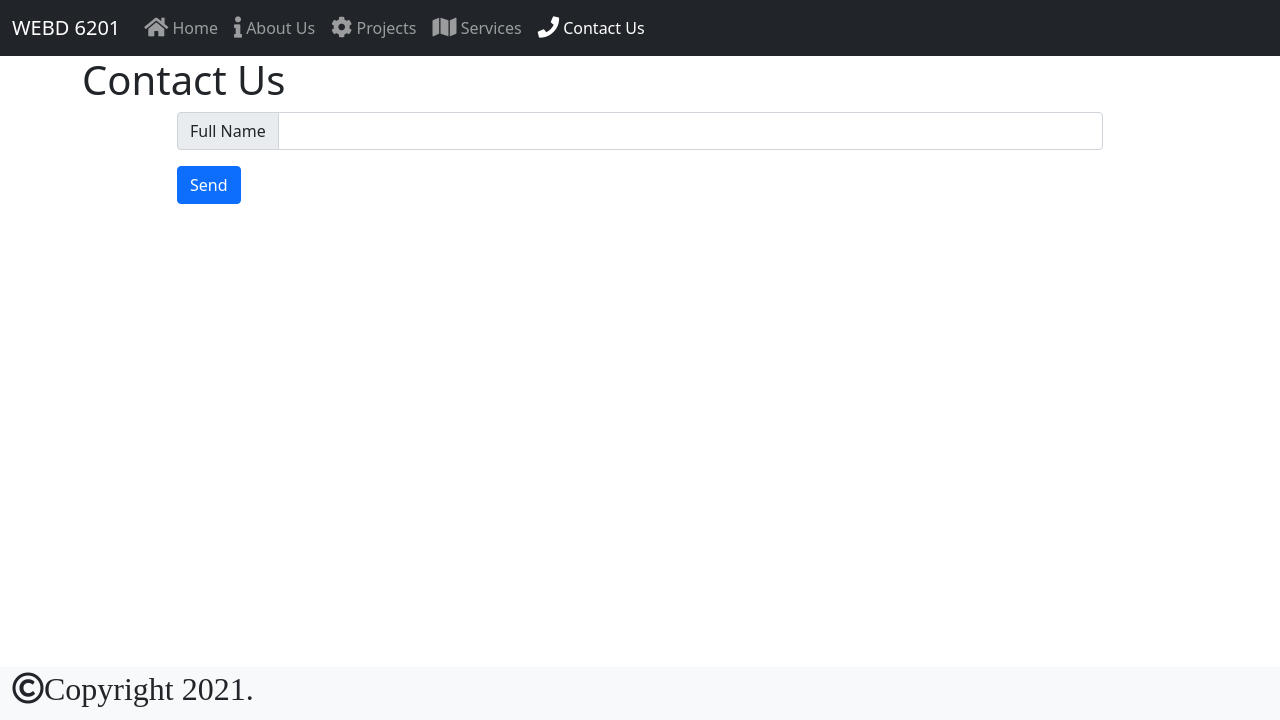
Repository: vans12345678/WEBD6201-W2021-Week3
Page: contact.html
These files come from the project's save history. The page is drawn as it stood at one moment and after the next save; the edit follows.
The browser window is 1280 px wide. The pictures show the whole page.

Above is the page before, as saved 2021-01-21 09:27:39.

After the next save:
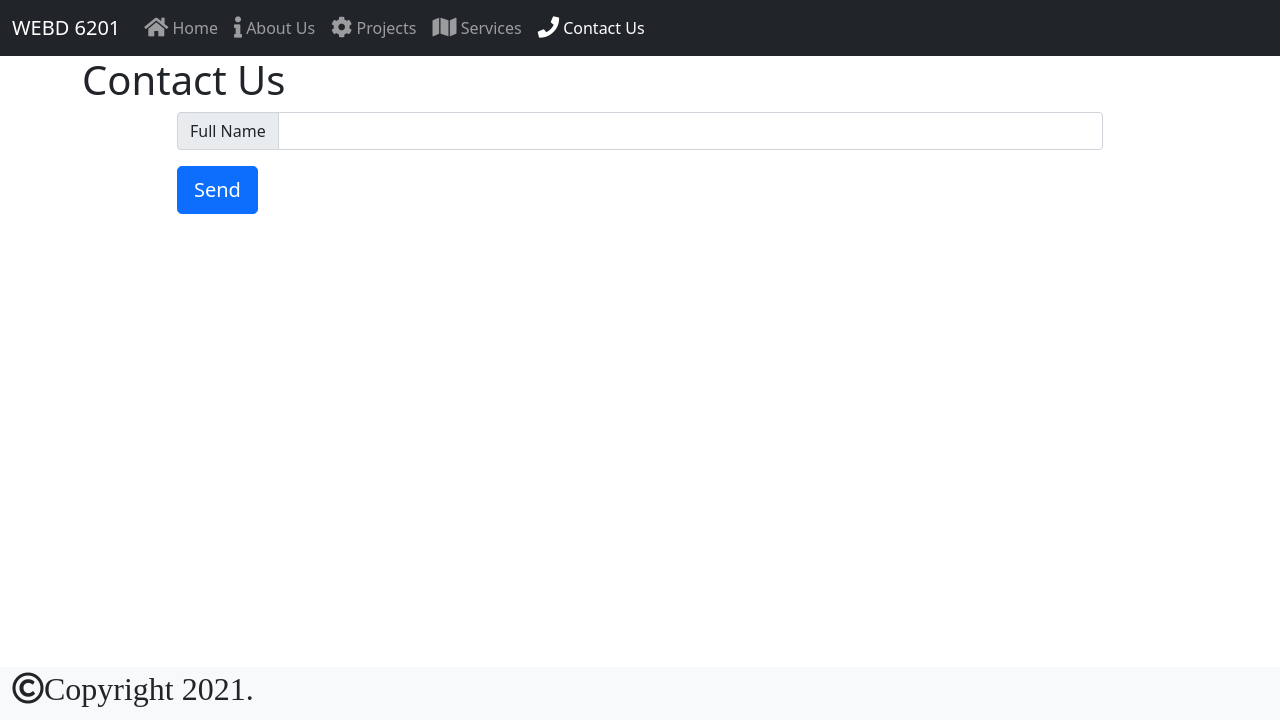
Saved 7 s later.
--- a/contact.html
+++ b/contact.html
@@ -56,7 +56,7 @@
               <span class="input-group-text" id="inputGroup-sizing-default">Full Name</span>
               <input type="text" class="form-control" aria-label="FullName" aria-describedby="FullNameInput">
             </div>
-          <button type="submit" class="btn btn-primary btn-lrg">Send</button>
+          <button type="submit" class="btn btn-primary btn-lg">Send</button>
         </form>
         </div>
 
